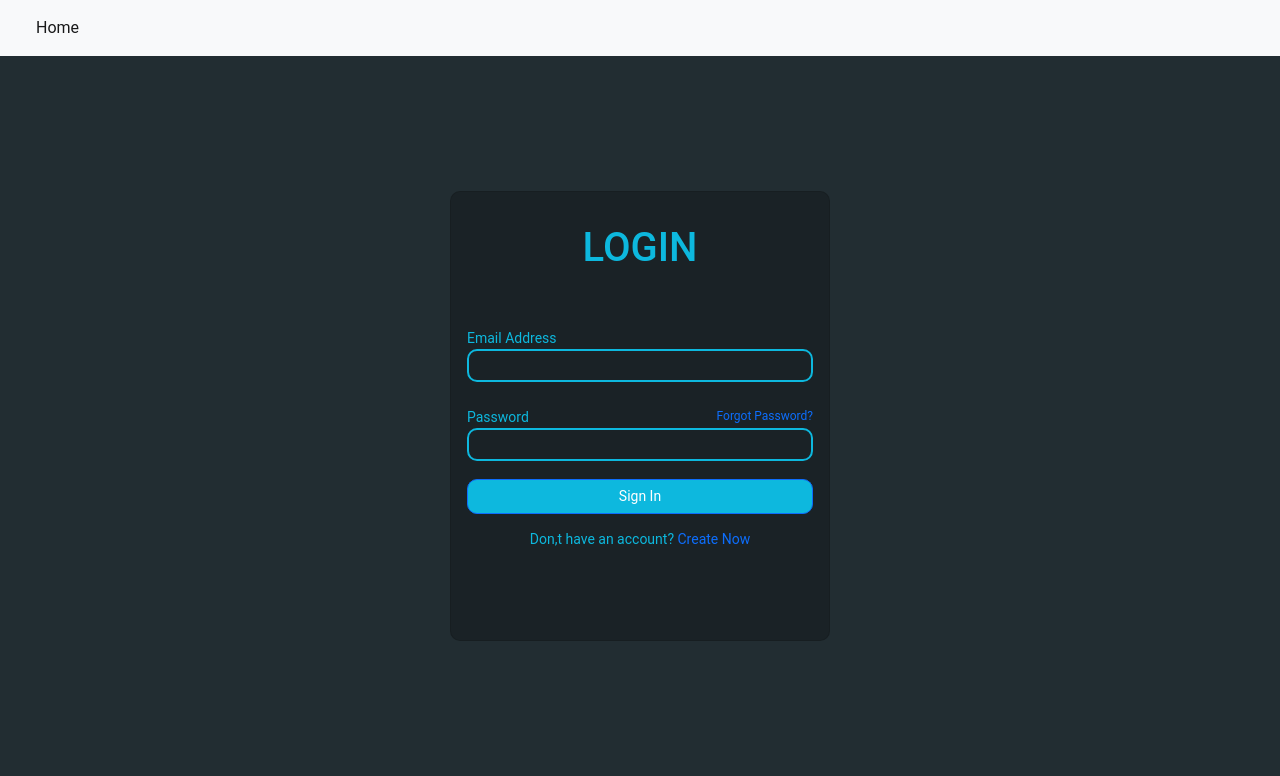
Repository: zjria/Bootstrap_logIn_1
Page: LoginPage/index.html
An editor plug-in stored every save of this project. The page is shown before and after the next save, followed by the edit.
The browser window is 1280 px wide. The pictures show the whole page.

Above is the page before, as saved 2022-06-19 07:22:55.

After the next save:
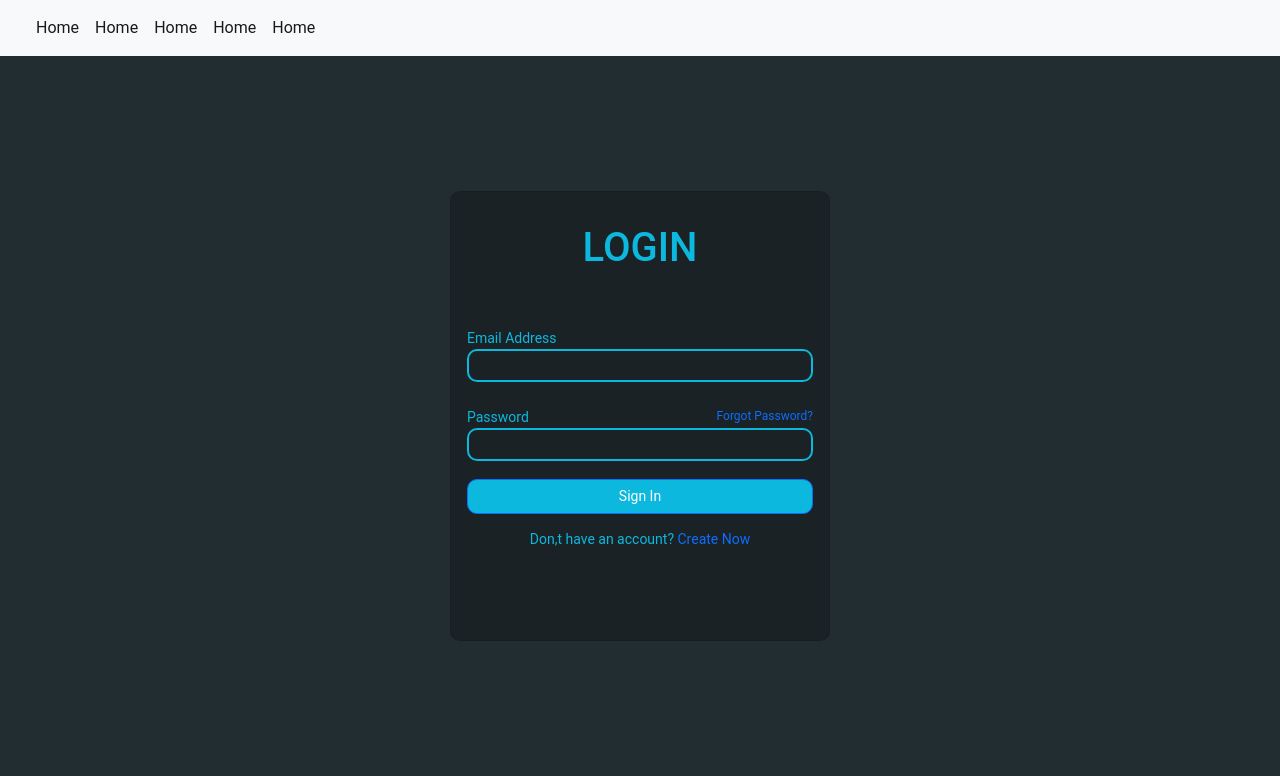
Saved 20 s later.
--- a/LoginPage/index.html
+++ b/LoginPage/index.html
@@ -26,6 +26,18 @@
           </button>
           <div class="collapse navbar-collapse" id="navbarSupportedContent">
             <ul class="navbar-nav me-auto mb-2 mb-lg-0">
+              <li class="nav-item">
+                <a class="nav-link active" aria-current="page" href="#">Home</a>
+              </li>
+              <li class="nav-item">
+                <a class="nav-link active" aria-current="page" href="#">Home</a>
+              </li>
+              <li class="nav-item">
+                <a class="nav-link active" aria-current="page" href="#">Home</a>
+              </li>
+              <li class="nav-item">
+                <a class="nav-link active" aria-current="page" href="#">Home</a>
+              </li>
               <li class="nav-item">
                 <a class="nav-link active" aria-current="page" href="#">Home</a>
               </li>
